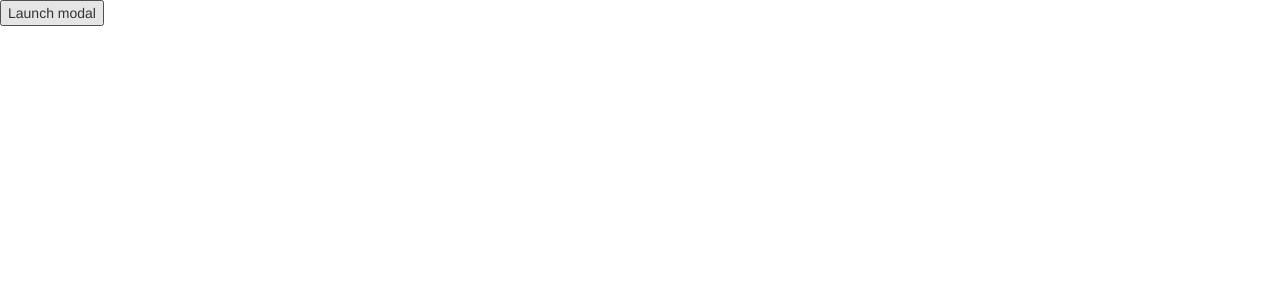
Repository: KIMINJOONG/Project
Page: MyProject/WebContent/modalPractice.html
These files come from the project's save history. The page is drawn as it stood at one moment and after the next save; the edit follows.
The browser window is 1280 px wide. The pictures show the whole page.

Above is the page before, as saved 2018-06-17 10:15:35.

After the next save:
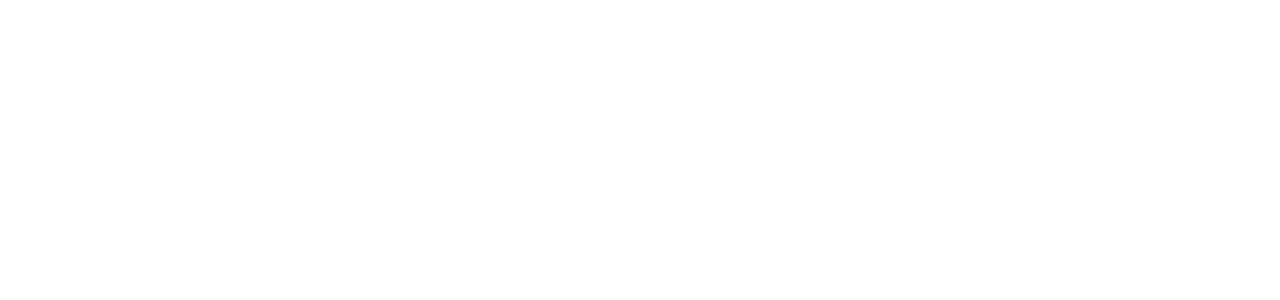
Saved 49 s later.
--- a/MyProject/WebContent/modalPractice.html
+++ b/MyProject/WebContent/modalPractice.html
@@ -20,7 +20,6 @@
 </script>
 </head>
 <body>
-<button type="button" data-toggle="modal" data-target="#myModal">Launch modal</button>
 <div class="modal fade">
   <div class="modal-dialog">
     <div class="modal-content">

After the save that followed:
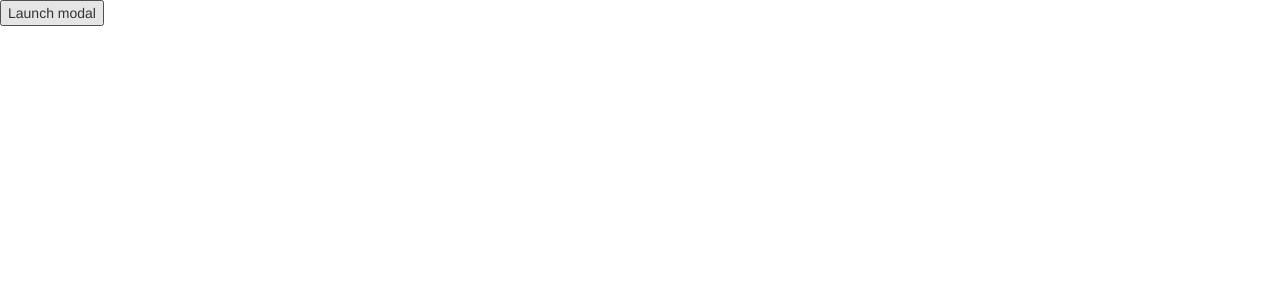
Saved 64 s later.
--- a/MyProject/WebContent/modalPractice.html
+++ b/MyProject/WebContent/modalPractice.html
@@ -38,6 +38,6 @@
   </div><!-- /.modal-dialog -->
 </div><!-- /.modal -->
 
-
+<button type="button" data-toggle="modal" data-target="#myModal">Launch modal</button>
 </body>
 </html>
